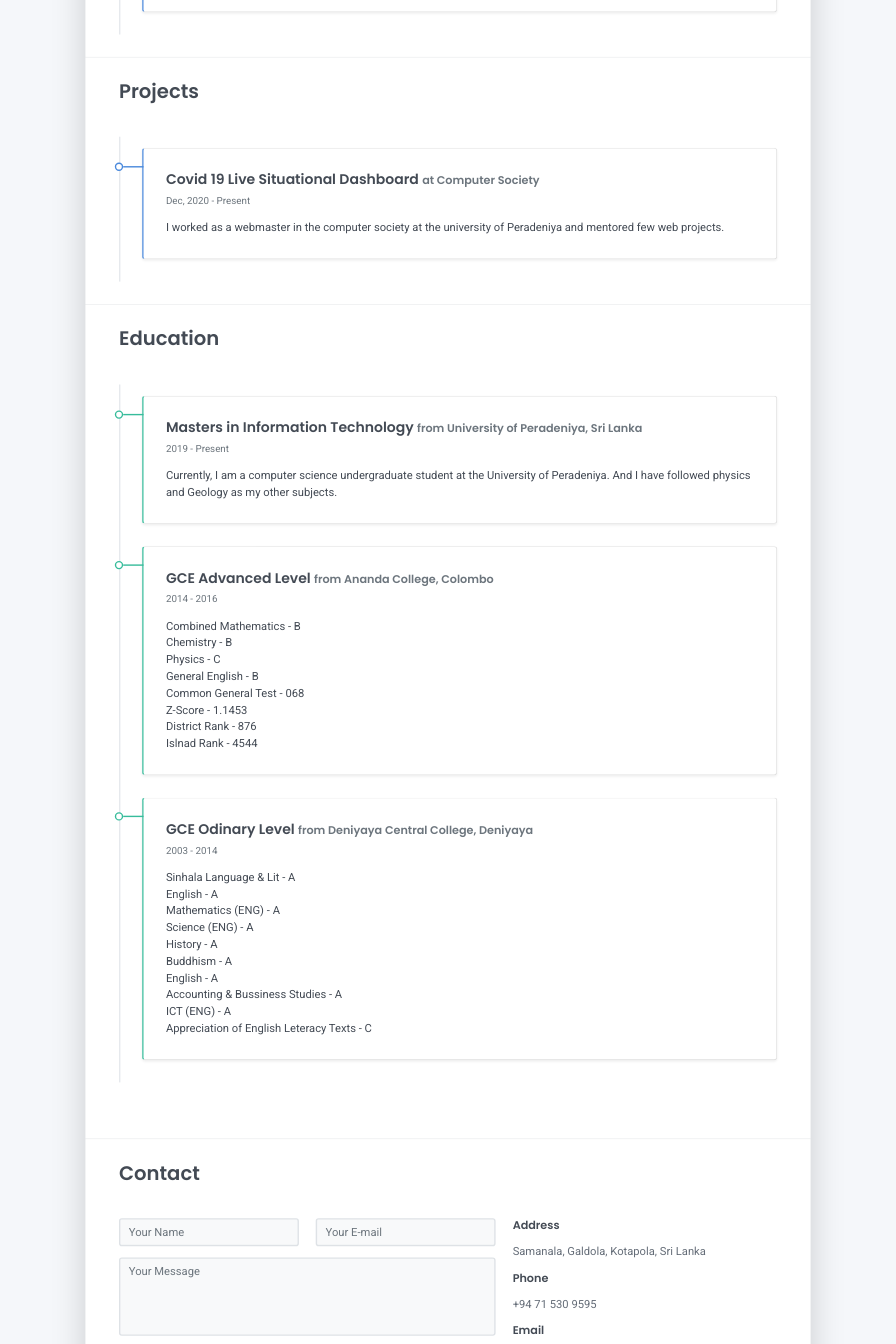
Repository: virangaj/resume
Page: index.html
An editor plug-in stored every save of this project. The page is shown before and after the next save, followed by the edit.
The browser window is 1280 px wide. The pictures show the part of the page from y = 1906 to 3826 px (the page is 4246 px tall before and 4209 px after), at 70% of full size.

Above is the page before, as saved 2021-08-31 19:57:17.

After the next save:
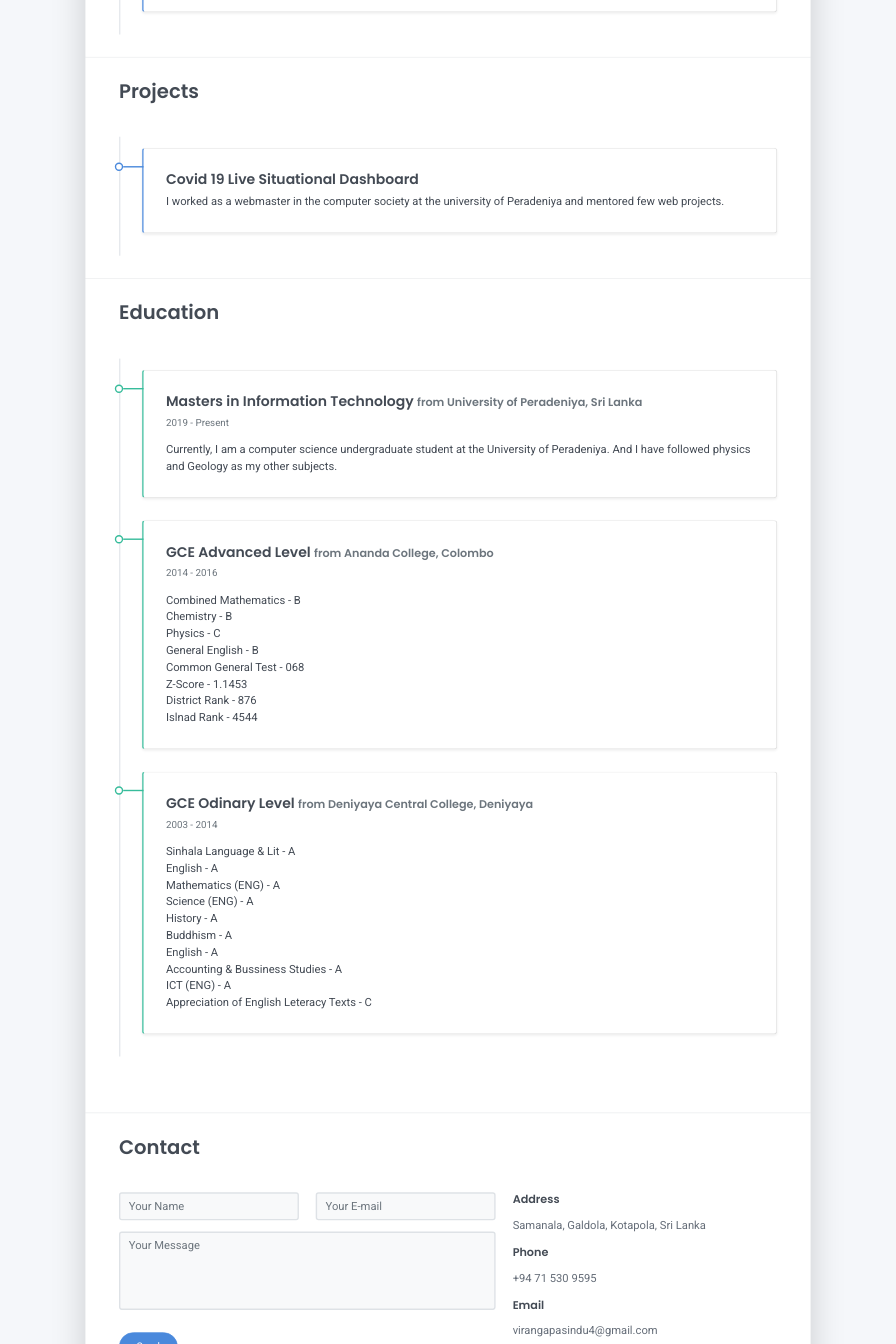
Saved 8 s later.
--- a/index.html
+++ b/index.html
@@ -430,13 +430,8 @@
 						<div class="timeline">
 							<div class="timeline-card timeline-card-primary card shadow-sm">
 								<div class="card-body">
-									<div class="h5 mb-1">
-										Covid 19 Live Situational Dashboard
-										<span class="text-muted h6">at Computer Society</span>
-									</div>
-									<div class="text-muted text-small mb-2">
-										Dec, 2020 - Present
-									</div>
+									<div class="h5 mb-1">Covid 19 Live Situational Dashboard</div>
+
 									<div>
 										I worked as a webmaster in the computer society at the
 										university of Peradeniya and mentored few web projects.
